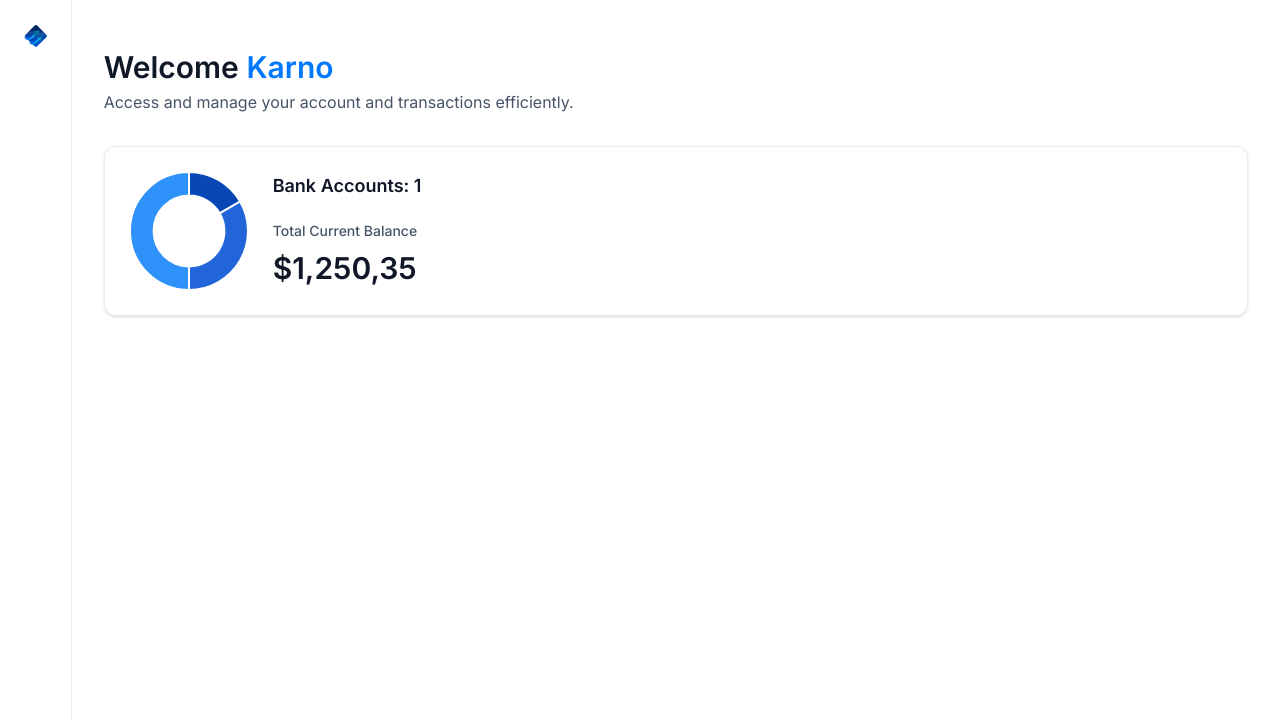
Repository: KarnoSarker/Banking
Page: /
These files come from the project's save history. The page is drawn as it stood at one moment and after the next save; the edit follows.
The browser window is 1280 px wide. The pictures show the whole page.
The project was rebuilt for these pictures with package versions that can differ from the ones it lists, and the page was loaded fresh each time. The framework's server and built-in components were replaced by stand-ins that run in the browser. Also part of the build but not shown: next.config.mjs.

Above is the page before, as saved 2024-05-14 20:22:04.

After the next save:
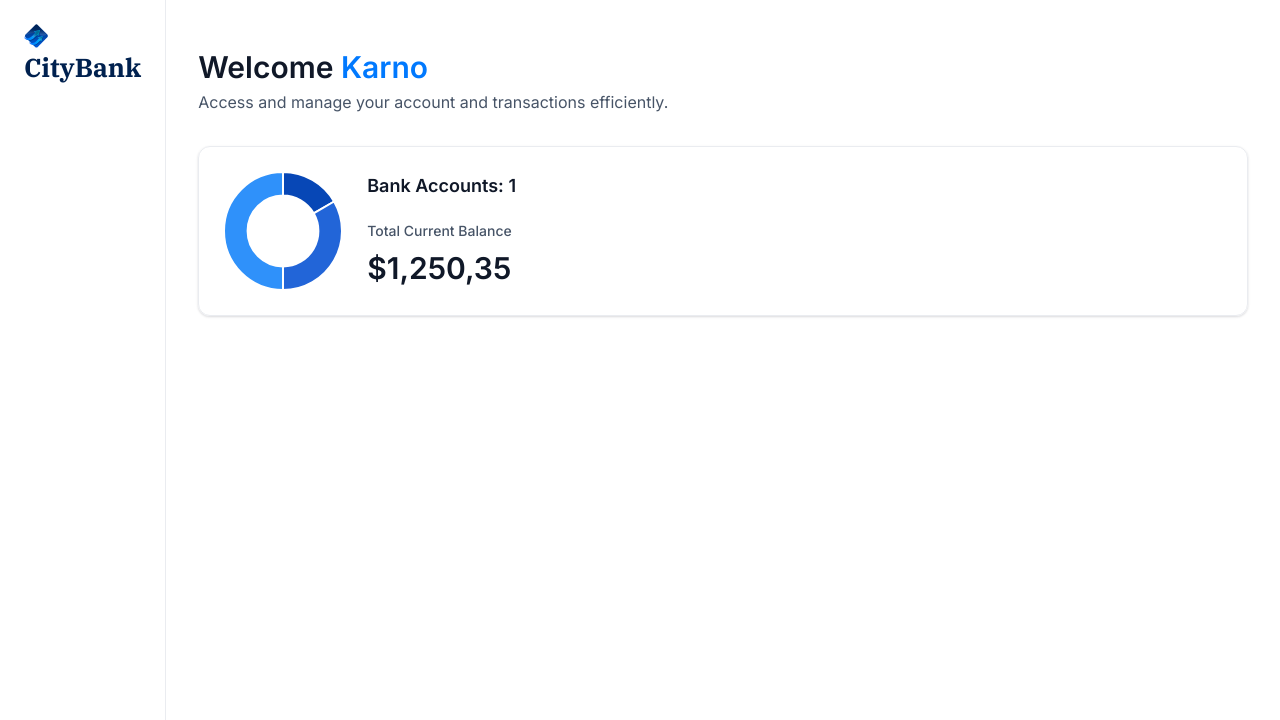
Saved 23 min 12 s later.
--- a/components/Sidebar.tsx
+++ b/components/Sidebar.tsx
@@ -13,6 +13,7 @@ const Sidebar = ({ user }: SiderbarProps) => {
             alt='CityBank logo'
             className='size-[24px] max-xl:size-14'
           />
+          <h1 className='sidebar-logo'>CityBank</h1>
         </Link>
       </nav>
     </section>
